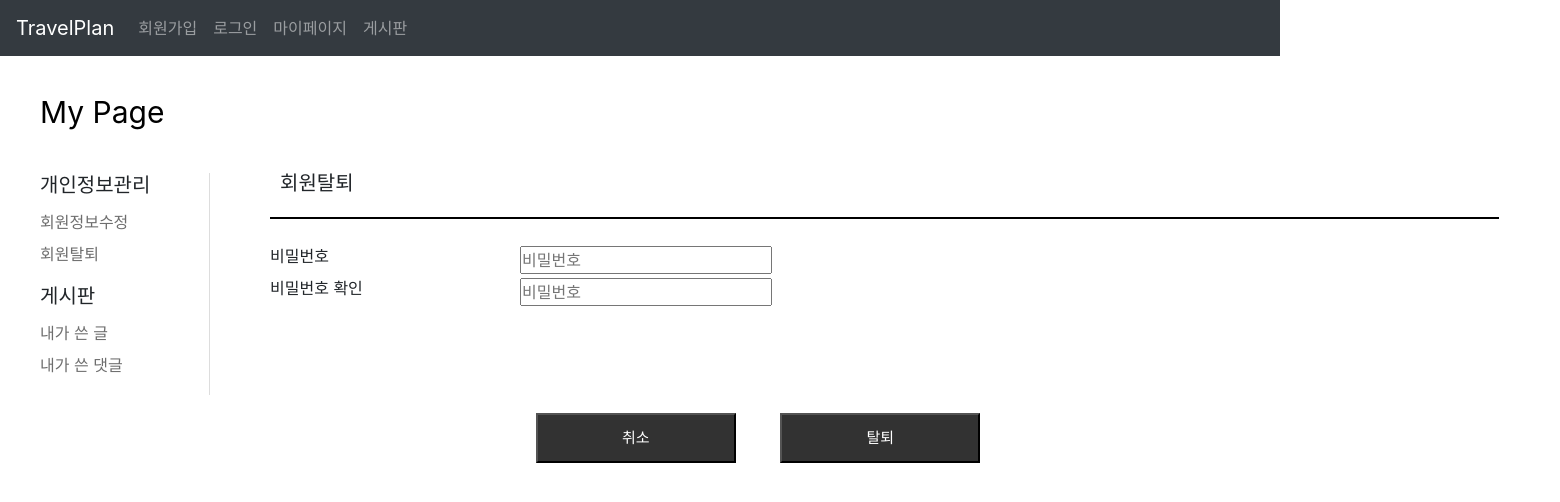
Repository: sna145815/Travel_v1
Page: http://localhost/Travel_v1/WEB-INF/view/deleteuser.jsp
The author's editor kept a copy of each file at every save. The page is drawn from the files as they stood at one save, then again after the next save.
The browser window is 1280 px wide. The page is 1560 px wide, so the pictures cover 1560 px, including what lies to the right of the window. The pictures show the whole page.
The page is served by Tomcat 9. Nobody is signed in. Other server files are loaded and not shown. The template is opened directly, without the code that normally fills it, so the values that code supplies are empty.

Above is the page before, as saved 2022-11-06 14:22:14.

### Travel_v1/src/main/webapp/WEB-INF/view/deleteuser.jsp
<%@ page language="java" contentType="text/html; charset=UTF-8"
    pageEncoding="UTF-8"%>
<%@ include file="/layout/header.jsp" %>

<!DOCTYPE html>
<html>
<head>
	<meta charset="UTF-8">
	<style>
		* {
			margin: 0;
			padding: 0;
		}
		#wrap {
			width: auto;
			min-width: 1560px;
			max-width: 1880px;
			padding: 0px 40px;
			margin: 0px auto;
			box-sizing: border-box;
		}
		#sub_header {
			position: relative;
			padding: 0px 0px 10px;
			margin: 0px auto;
		}
		.visual_area {
			padding: 5px 0px 8px;
			font-size: inherit;
			font-weight: normal;
		}
		.txt > a {
			display: inline-block;
			font-size: 30px;
			font-weight: normal;
			color: rgb(0, 0, 0);
		}
		.menu_area {
			float : left;
			width : 270px;
			border-right: 1px solid #ddd;
		}
		.content_right {
			position: absolute;
			left: 270px;
			top: 200;
			right: 0;
			min-width: 1229px;
		}
		.menu_area {
		 	width: 170px;
		 	float: left;
		 	margin: 24px 40px 0px 0px;
		 	font-size: 14px;
		}
		.menu1, .menu2 {
			display: flex;
			flex-direction: column;
			padding-bottom: 15px;
		}
		.update, .delete, .post, .comment {
			display: flex;
			margin-top: 2px;
			font-size: 16px;
			line-height: 30px;
			color: rgb(110, 110, 110);
		}
		.content-right {
			padding: 0;
			float: right;
		}
		.sectiontitle {
			border-bottom: 2px solid #000000;
			padding-left: 10px;
			padding-bottom: 14px;
			margin-top: 22px;
			line-height: 1.5px;
			font-size: 14px;
			position: relative;
		}
		.password {
			padding: 3px 0 35px 0;
		}
		.inputpwd {
			margin-top: 22px;
			padding-left: 160px;
			position: relative;
		}
		.button {
			margin-top: 50px;
			margin-left: 20%;
		}
		.btn_cancel, .btn_delete {
			width: 200px;
			height: 50px;
			margin: 20px;
			padding: 10px;
			font-size: 15px;
			border-collapse: collapse;
			vertical-align: middle;
			color: rgb(255, 255, 255);
			background-color: rgb(50, 50, 50);
		}
	</style>
</head>
<body>
	<div id="wrap">
		<div id ="header">
			<div class="visual_area">
				<h1 class="txt">
					<a href="/mypage">My Page</a>
				</h1>
			</div>
		</div>
		<div id ="content_area">
			<div class ="content">
				<div class="content_in">
					<!-- 좌측 메뉴 -->
					<nav class="menu_area">
						<div class="menu1">
							<h5>개인정보관리</h5>
							<a href="/mypage" class="update">회원정보수정</a>
							<a href="/deleteuser" class="delete">회원탈퇴</a>
						</div>
						<div class="menu2">
							<h5>게시판</h5>
							<a href="#" class="post">내가 쓴 글</a>
							<a href="#" class="comment">내가 쓴 댓글</a>
						</div>
					</nav>
					<!-- 콘텐츠 내용 -->
					<section class ="content_right">
						<header class="sectiontitle">
							<h5>회원탈퇴</h5>
						</header>
						<div class="password">
							<table class="inputpwd">
								<tr>
									<td width=250px><label for="myPW">비밀번호</label></td>
									<td><input type="password" id="myPW" placeholder="비밀번호" size=20/></td>
								</tr>
								<tr>
									<td><label for="myPWR">비밀번호 확인</label></td>
									<td><input type="password" id="myPWR" placeholder="비밀번호" size=20/></td>
								</tr>
							</table>
						</div>
						<div class="button">
							<span>
								<button type="submit" class="btn_cancel">취소</button>
							</span>
							<span>
								<button type="submit" class="btn_delete">탈퇴</button>
							</span>
						</div>
					</section>
				</div>
			</div>
		</div>
	</div>
</body>
</html>

### Travel_v1/src/main/webapp/layout/header.jsp
<%@ page language="java" contentType="text/html; charset=UTF-8"
    pageEncoding="UTF-8"%>
<!DOCTYPE html>

<head>
  <title>TravelPlan</title>
  <meta charset="utf-8">
  <meta name="viewport" content="width=device-width, initial-scale=1">
  <link rel="stylesheet" href="https://cdn.jsdelivr.net/npm/bootstrap@4.6.1/dist/css/bootstrap.min.css">
  <script src="https://cdn.jsdelivr.net/npm/jquery@3.6.0/dist/jquery.slim.min.js"></script>
  <script src="https://cdn.jsdelivr.net/npm/popper.js@1.16.1/dist/umd/popper.min.js"></script>
  <script src="https://cdn.jsdelivr.net/npm/bootstrap@4.6.1/dist/js/bootstrap.bundle.min.js"></script>
</head>
<body>

<nav class="navbar navbar-expand-md bg-dark navbar-dark">
  <a class="navbar-brand" href="#">TravelPlan</a>
  <button class="navbar-toggler" type="button" data-toggle="collapse" data-target="#collapsibleNavbar">
    <span class="navbar-toggler-icon"></span>
  </button>
  <div class="collapse navbar-collapse" id="collapsibleNavbar">
    <ul class="navbar-nav">
      <li class="nav-item">
        <a class="nav-link" href="#">회원가입</a>
      </li>
      <li class="nav-item">
        <a class="nav-link" href="/login">로그인</a>
      </li>
      <li class="nav-item">
        <a class="nav-link" href="/mypage">마이페이지</a>
      </li>
      <li class="nav-item">
        <a class="nav-link" href="#">게시판</a>
      </li>
    </ul>
  </div>
</nav>
<br>

After the next save:
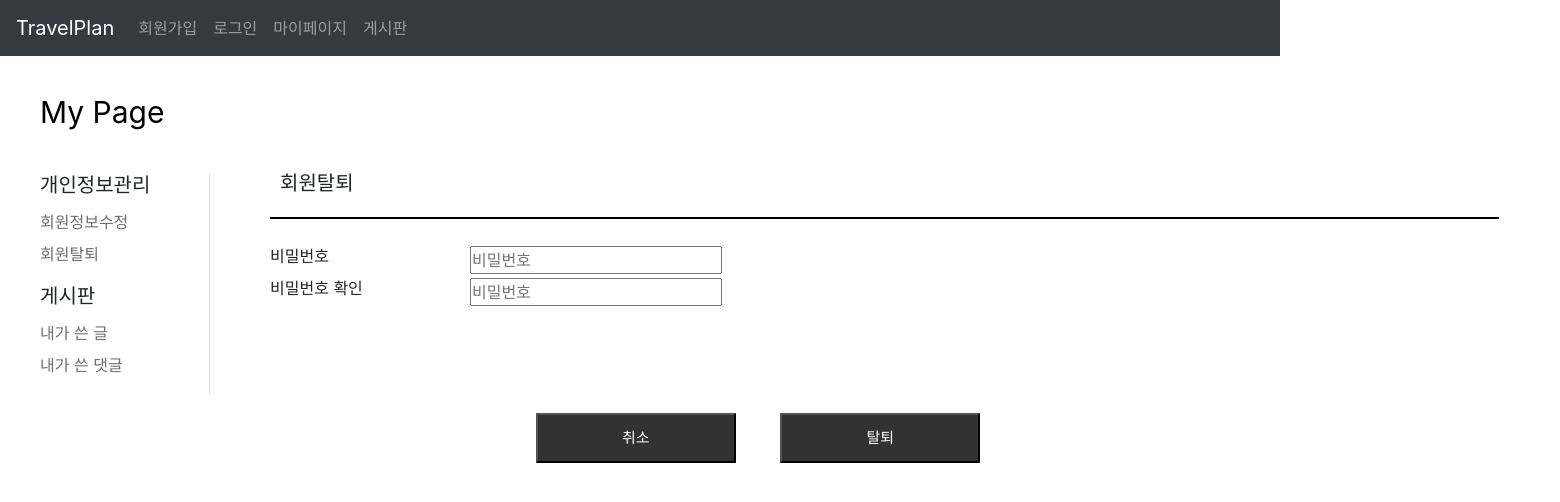
Saved 8 s later.
--- a/Travel_v1/src/main/webapp/WEB-INF/view/deleteuser.jsp
+++ b/Travel_v1/src/main/webapp/WEB-INF/view/deleteuser.jsp
@@ -136,7 +136,7 @@
 						<div class="password">
 							<table class="inputpwd">
 								<tr>
-									<td width=250px><label for="myPW">비밀번호</label></td>
+									<td width=200px><label for="myPW">비밀번호</label></td>
 									<td><input type="password" id="myPW" placeholder="비밀번호" size=20/></td>
 								</tr>
 								<tr>
